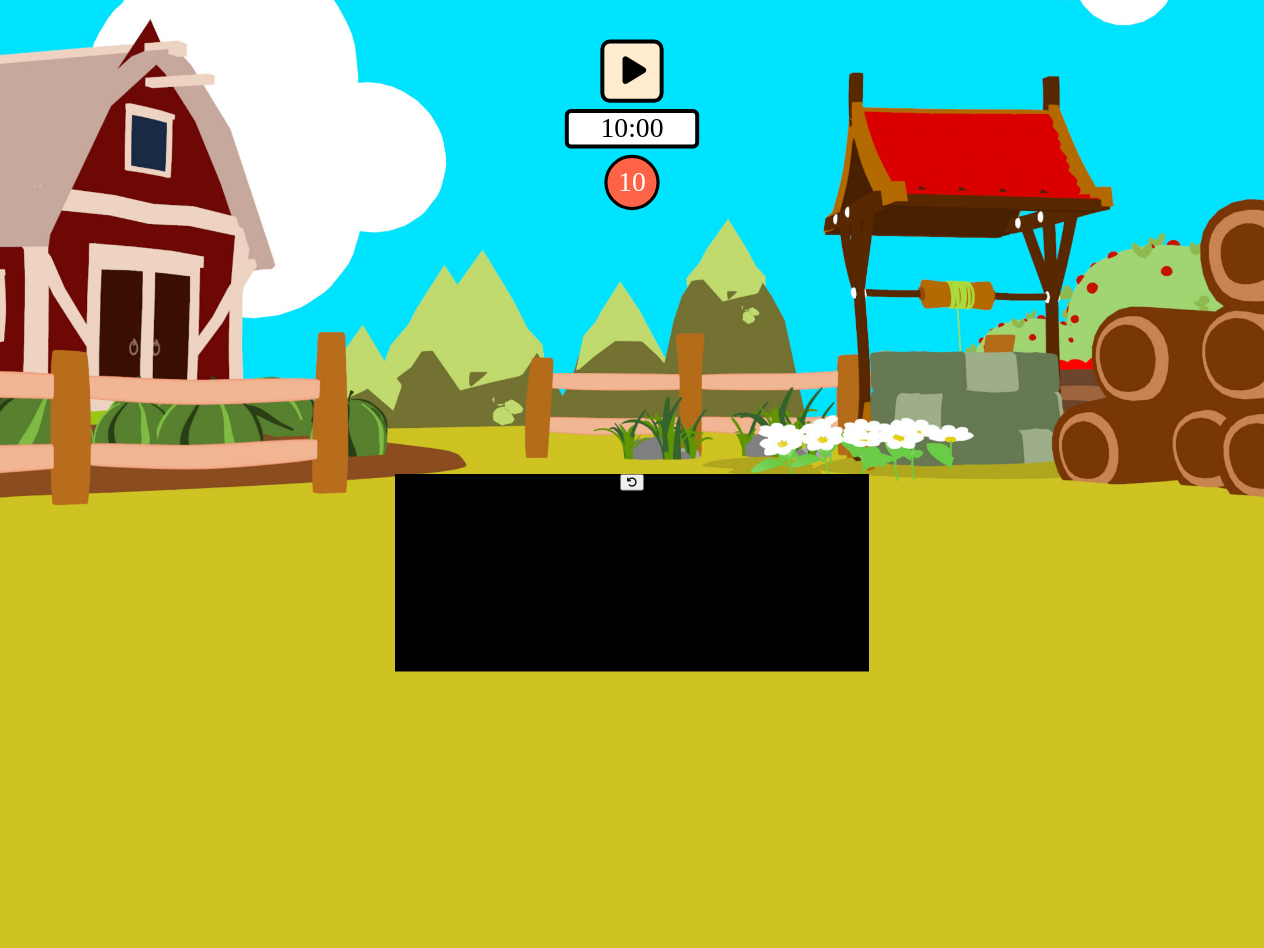
Repository: keehoonjung/Bug-Game
Page: index.html
These files come from the project's save history. The page is drawn as it stood at one moment and after a run of saves; the edit follows.
The browser window is 1280 px wide. The page is 1600 px wide, so the pictures cover 1600 px, including what lies to the right of the window. The pictures show the whole page, at 79% of full size.
Some web libraries are served in a nearby version.

Above is the page before, as saved 2021-08-10 11:05:04.

After the next 2 saves:
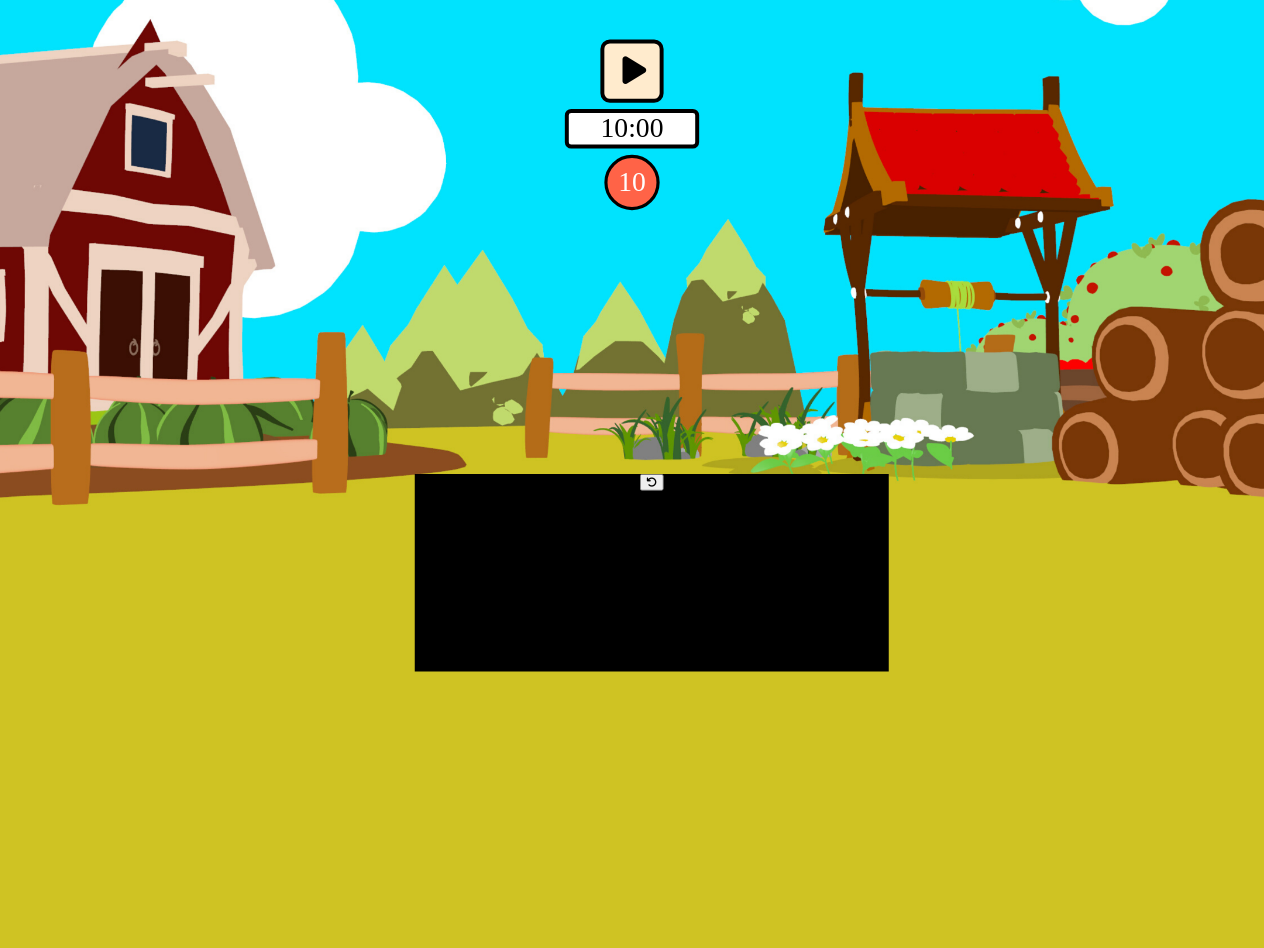
The 2 saves are shown as one change because they came seconds apart.
The last was saved 11 s later.
--- a/style.css
+++ b/style.css
@@ -63,7 +63,7 @@ button {
 .popup {
   position: absolute;
   top: 600px;
-  left: 500px;
+  left: 525px;
   width: 600px;
   height: 250px;
   background-color: black;
